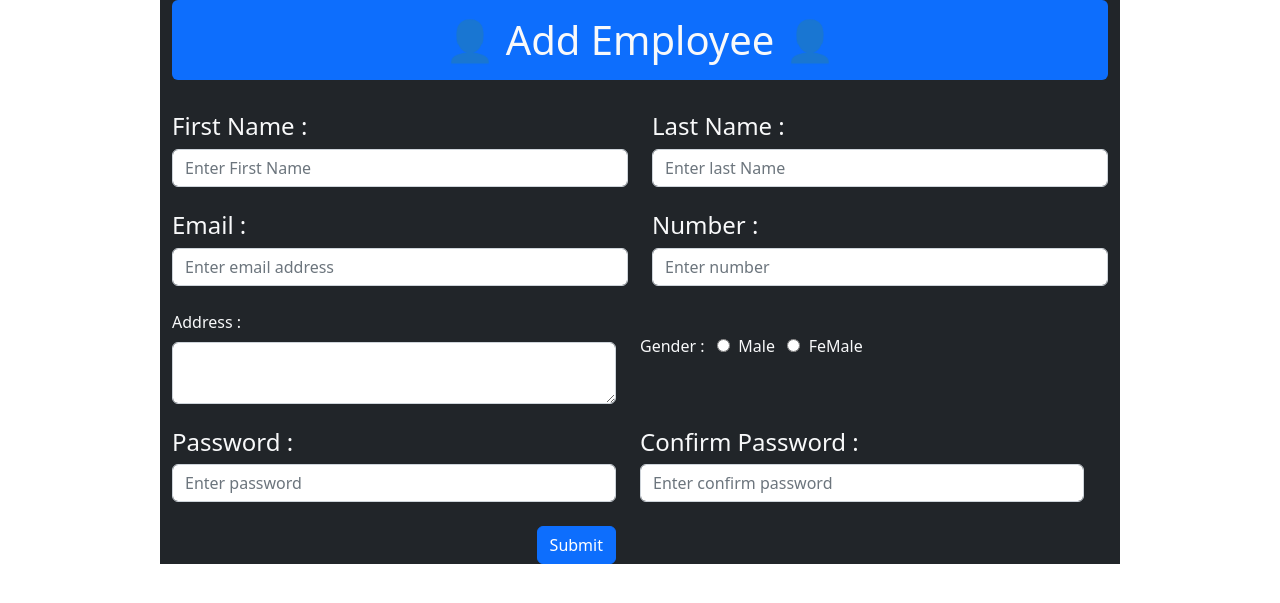
Repository: Rahulkathiriya/java-assignment-and-assesment
Page: http://localhost/web007_assesment_employee_Management_System/addEmployee.jsp
The author's editor kept a copy of each file at every save. The page is drawn from the files as they stood at one save, then again after the next save.
The browser window is 1280 px wide. The pictures show the whole page.
The page is served by Tomcat 9.

Above is the page before, as saved 2022-11-17 15:54:32.

After the next save:
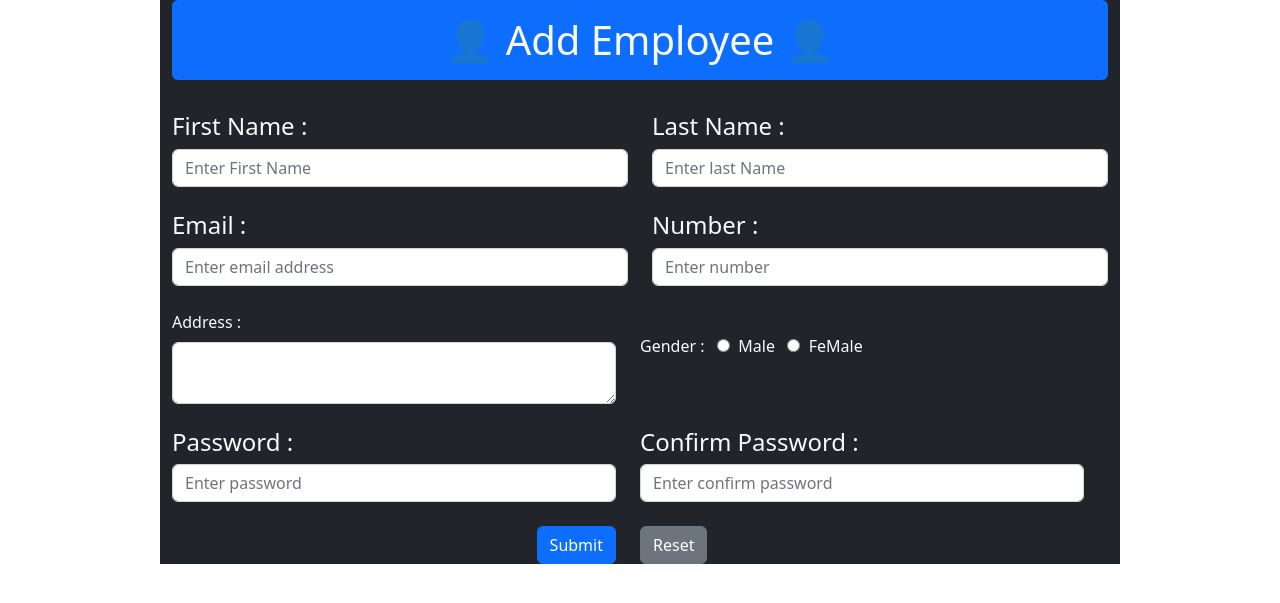
Saved 29 s later.
--- a/web007_assesment_employee_Management_System/src/main/webapp/addEmployee.jsp
+++ b/web007_assesment_employee_Management_System/src/main/webapp/addEmployee.jsp
@@ -91,7 +91,7 @@
 
 			</div>
 			<div class="col col-sm-12 col-md-6 col-lg-6 text-start">
-
+				<input type="reset" class="btn btn-secondary">
 			</div>
 		</div>
 		</form>
